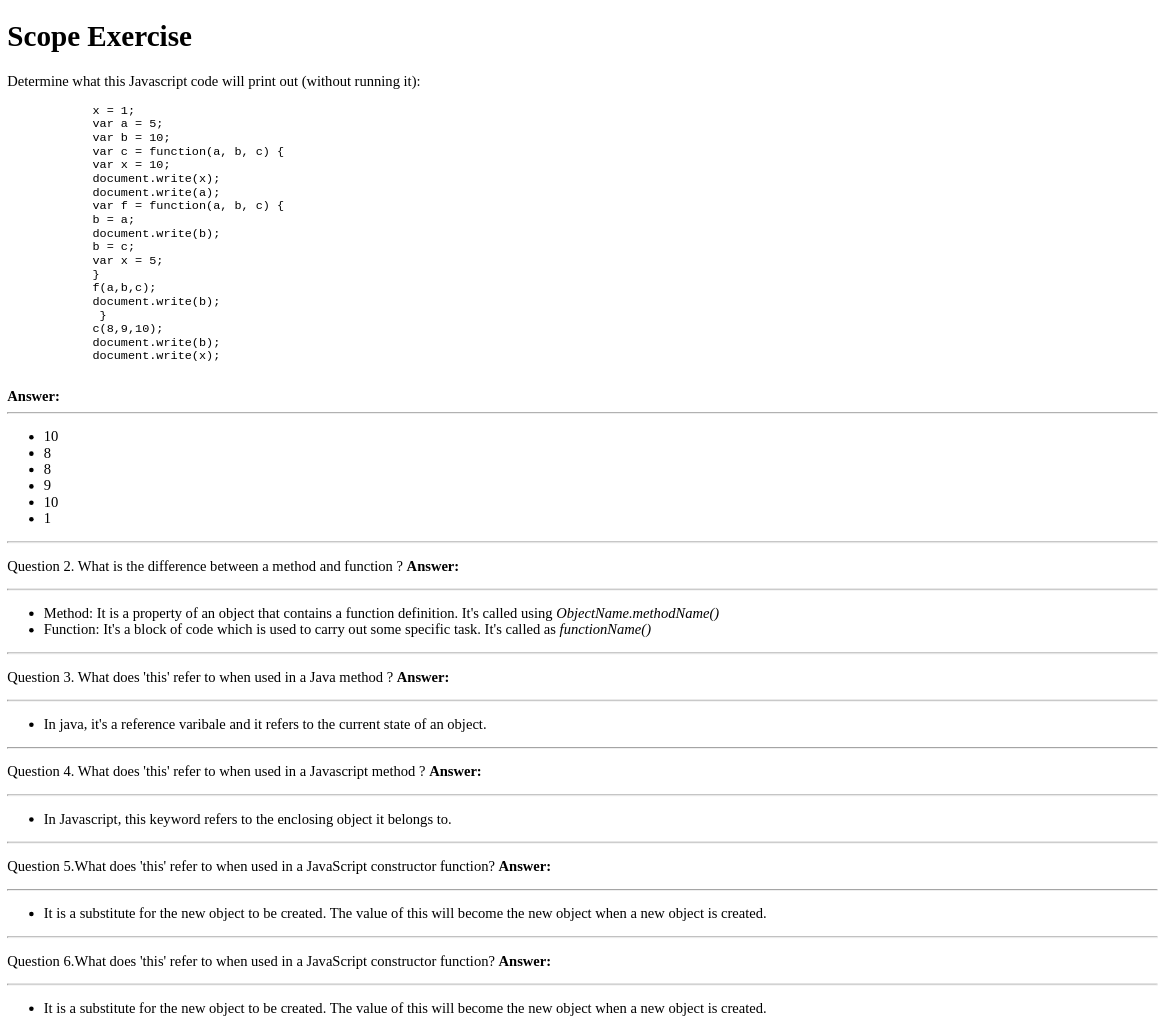
Repository: bethelbahiru/WAP
Page: Homework3/scope.html
The author's editor kept a copy of each file at every save. The page is drawn from the files as they stood at one save, then again after a run of saves.
The browser window is 1280 px wide. The pictures show the whole page, at 91% of full size.

Above is the page before, as saved 2022-01-18 16:35:46.

After the next 3 saves:
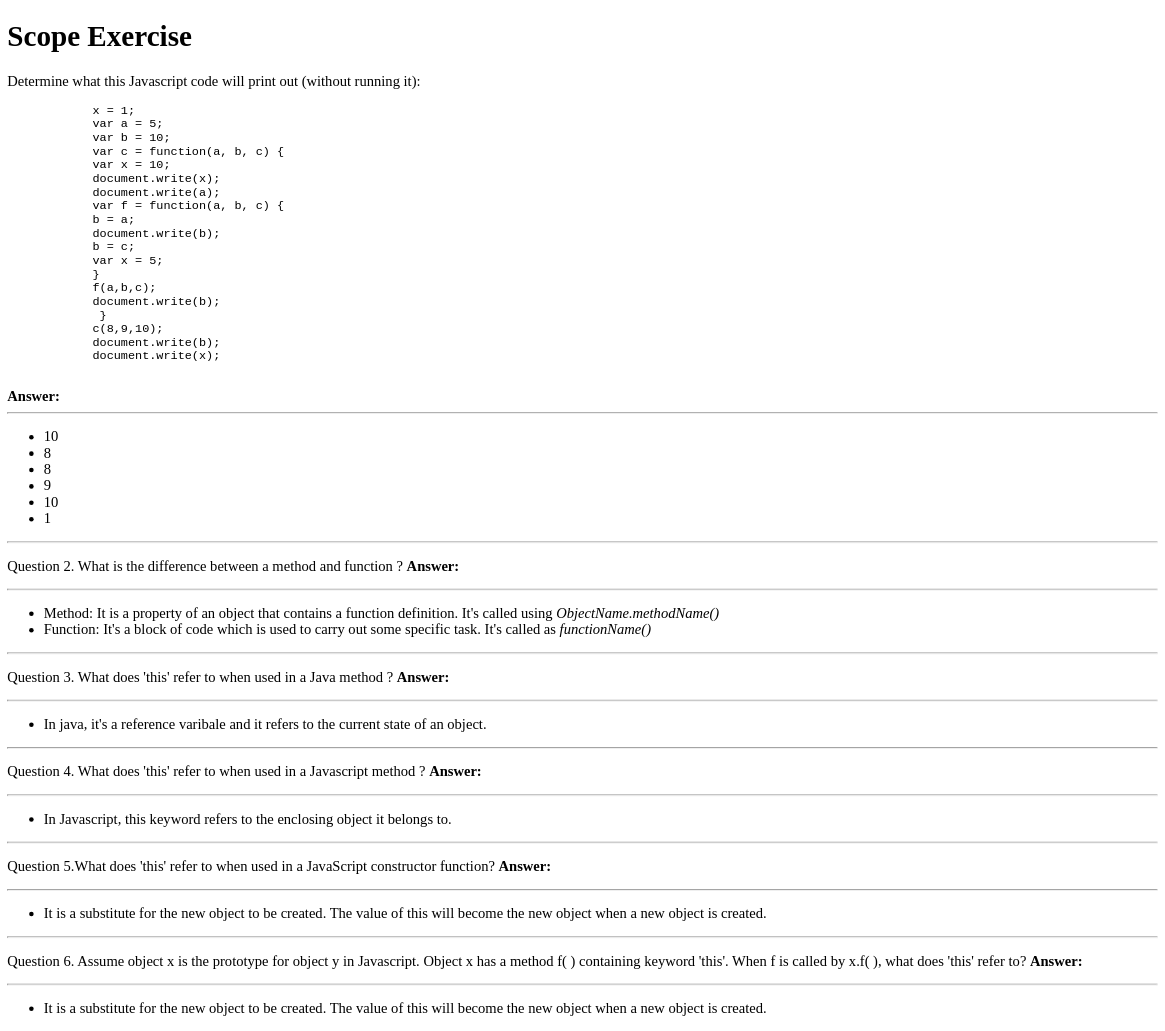
The 3 saves are shown as one change because they came seconds apart.
The last was saved 9 s later.
--- a/Homework3/scope.html
+++ b/Homework3/scope.html
@@ -77,7 +77,8 @@
         </ul>
     </p>
     <hr>
-    <p>Question 6.What does 'this' refer to when used in a JavaScript constructor function?
+    <p>Question 6. Assume object x is the prototype for object y in Javascript. Object x has a method f( ) containing keyword 'this'.
+        When f is called by x.f( ), what does 'this' refer to?
         <strong>Answer:</strong>
         <hr>
         <ul>
